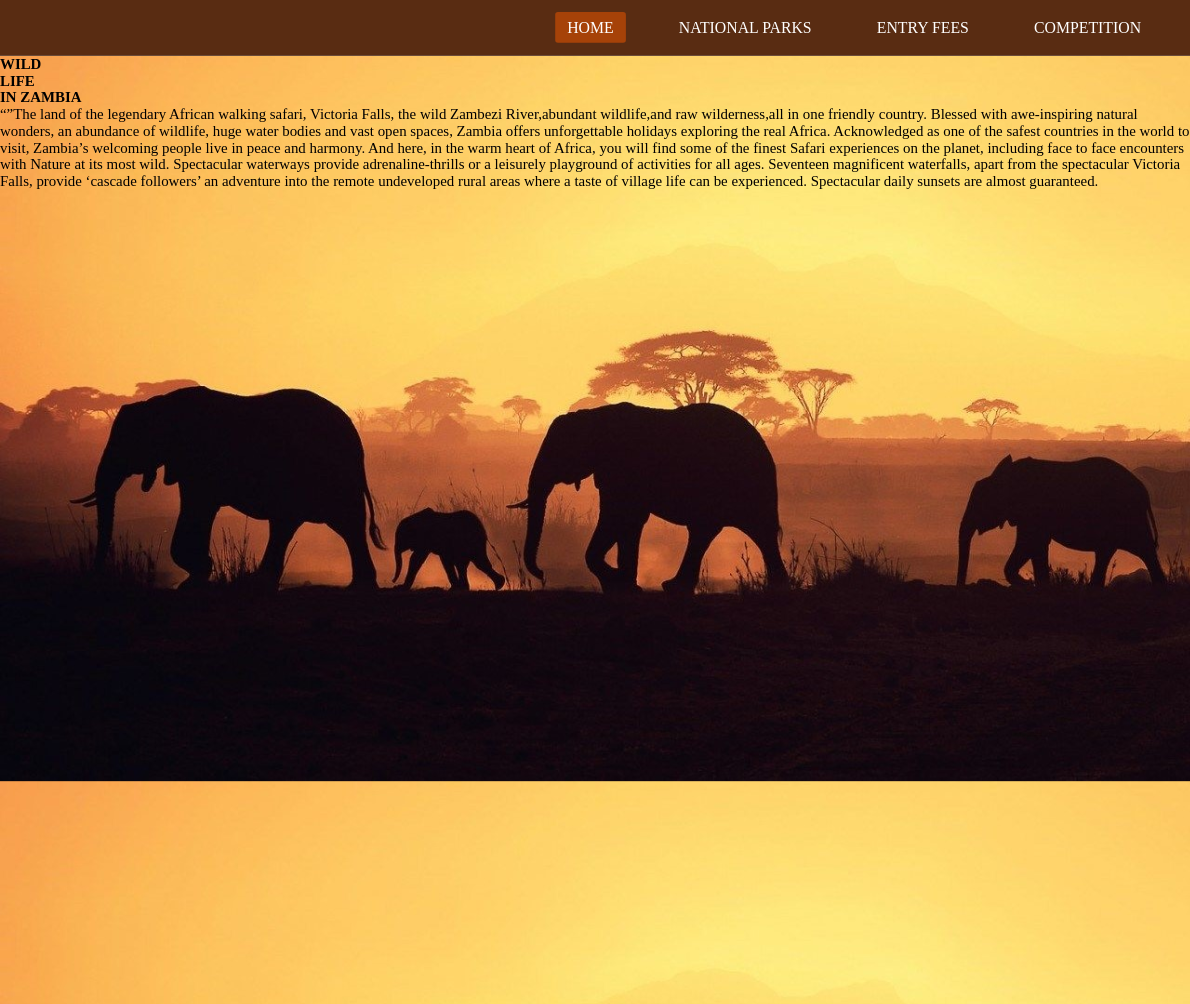
Repository: Lungdjos/web_assignment_3rd_yr
Page: home/index.html
An editor plug-in stored every save of this project. The page is shown before and after the next save, followed by the edit.
The browser window is 1280 px wide. The pictures show the whole page, at 93% of full size.
Some web libraries are served in a nearby version.

Above is the page before, as saved 2021-06-18 15:09:30.

### home/index.html
<!DOCTYPE html>
<html lang="en">

<head>
    <meta charset="UTF-8">
    <meta http-equiv="X-UA-Compatible" content="IE=edge">
    <meta name="viewport" content="width=device-width, initial-scale=1.0">
    <link rel="stylesheet" href="index.css">


    <title>Home</title>
    <script src="https://kit.fontawesome.com/a076d05399.js"></script>
</head>

<body>
    <nav>
        <input type="checkbox" id="check">
        <label for="check" class="checkbtn">
            <i class="fas fa-bars"></i>
        </label>
        <label class="logo">  </label>

        <ul>
            <li><a class="active" href="#">Home</a></li>
            <li><a class="dropdown" href="#">National Parks</a>
                <ul class="drop">
                    <li>
                        <a href="/national parks/lower_zambezi/Lower_Zambezi.html">Lower Zambezi</a>
                    </li>
                    <li>
                        <a href="/national parks/mosi-oa-tunia/Mosi-oa-Tunya.html">Mosi oa Tunia</a>
                    </li>
                    <li>
                        <a href="/national parks/south_luangwa/South_Luangwa.html">South Luangwa</a>
                    </li>
                    <li>
                        <a href="/national parks/north_luangwa/North_Luangwa.html">North Luangwa</a>
                    </li>
                </ul>
            </li>
            <li><a href="/entry fee/entry_fee.html">Entry Fees</a></li>
            <li><a href="/competition/competition.html">Competition</a></li>

        </ul>
    </nav>
    <div>
        <section>
            <div>
                <p class="welcome">
                    <strong id="01">WILD</strong><br>
                    <strong id="02">LIFE</strong><br>
                    <strong id="03">IN ZAMBIA</strong>
                </p>
            </div>
            <div>
                <p>
                    <q></q>The land of the legendary African walking safari, Victoria Falls, the wild Zambezi River,abundant wildlife,and raw wilderness,all in one friendly country. Blessed with awe-inspiring natural wonders, an abundance of wildlife,
                    huge water bodies and vast open spaces, Zambia offers unforgettable holidays exploring the real Africa. Acknowledged as one of the safest countries in the world to visit, Zambia’s welcoming people live in peace and harmony. And here,
                    in the warm heart of Africa, you will find some of the finest Safari experiences on the planet, including face to face encounters with Nature at its most wild. Spectacular waterways provide adrenaline-thrills or a leisurely playground
                    of activities for all ages. Seventeen magnificent waterfalls, apart from the spectacular Victoria Falls, provide ‘cascade followers’ an adventure into the remote undeveloped rural areas where a taste of village life can be experienced.
                    Spectacular daily sunsets are almost guaranteed.</p>
            </div>

        </section>
    </div>


</body>

</html>

### home/index.css
    * {
        padding: 0;
        margin: 0;
        text-decoration: none;
        box-sizing: border-box;
    }

    body {
        font-family: montserrat;
    }

    nav {
        background: #592C12;
        height: 60px;
        width: 100%;
    }

    label.logo {
        color: white;
        font-size: 35;
        line-height: 60px;
        padding: 0 100px;
        font-weight: bold;
    }

    nav ul {
        float: right;
        margin-right: 20px;
    }

    nav ul li {
        display: inline-block;
        line-height: 60px;
        margin: 0 20px;
    }

    nav ul li a {
        color: white;
        font-size: 17px;
        padding: 7px 13px;
        border-radius: 3px;
        text-transform: uppercase;
    }

    a.active,
    a:hover {
        background: #A64208;
        transition: 0.5s;
    }

    .checkbtn {
        font-size: 30px;
        color: white;
        float: right;
        line-height: 60px;
        margin-right: 40px;
        cursor: pointer;
        display: none;
    }

    #check {
        display: none;
    }

    @media (max-width: 1080px) {
        label.logo {
            font-size: 30px;
            padding-left: 50px;
        }
        nav ul li a {
            font-size: 16px;
        }
    }

    @media (max-width: 1080px) {
        .checkbtn {
            display: block;
        }
        ul {
            position: fixed;
            width: 100%;
            height: 100vh;
            background: #592C12;
            top: 80px;
            left: -100%;
            text-align: center;
            transition: all 0.5s;
        }
        nav ul li {
            display: block;
            margin: 50px 0;
            line-height: 20px;
        }
        nav ul li a {
            font-size: 20px;
            font-family: Arial, Helvetica, sans-serif;
        }
        a:hover,
        a.active {
            background: none;
            color: #F2D1B3;
        }
        #check:checked~ul {
            left: 0;
        }
    }

    section {
        background: url(/assets/images/elephants.jpg);
        background-size: no repeat;
        height: calc(150vh - 60px);
    }
    /**New Content Added*/

    nav ul li ul a {
        display: block;
        padding: 0 15px;
        color: white;
        text-decoration: none;
    }

    nav ul li:hover>ul {
        display: block;
    }

    nav ul ul {
        position: absolute;
        top: 30px;
        list-style-type: none;
        line-height: 60px;
    }

    nav ul ul li {
        display: none;
    }

    nav ul ul a {
        width: 100%;
        float: none;
        display: list-item;
        position: relative;
    }

    nav ul ul li a {
        display: list-item;
        list-style-type: none;
        position: inherit;
    }
    /**Wild Life Formatting*/

    strong#01 {
        font-size: 100px;
        font-family: Arial, Helvetica, sans-serif;
    }

    strong#02 {
        margin-left: 100px;
    }

After the next save:
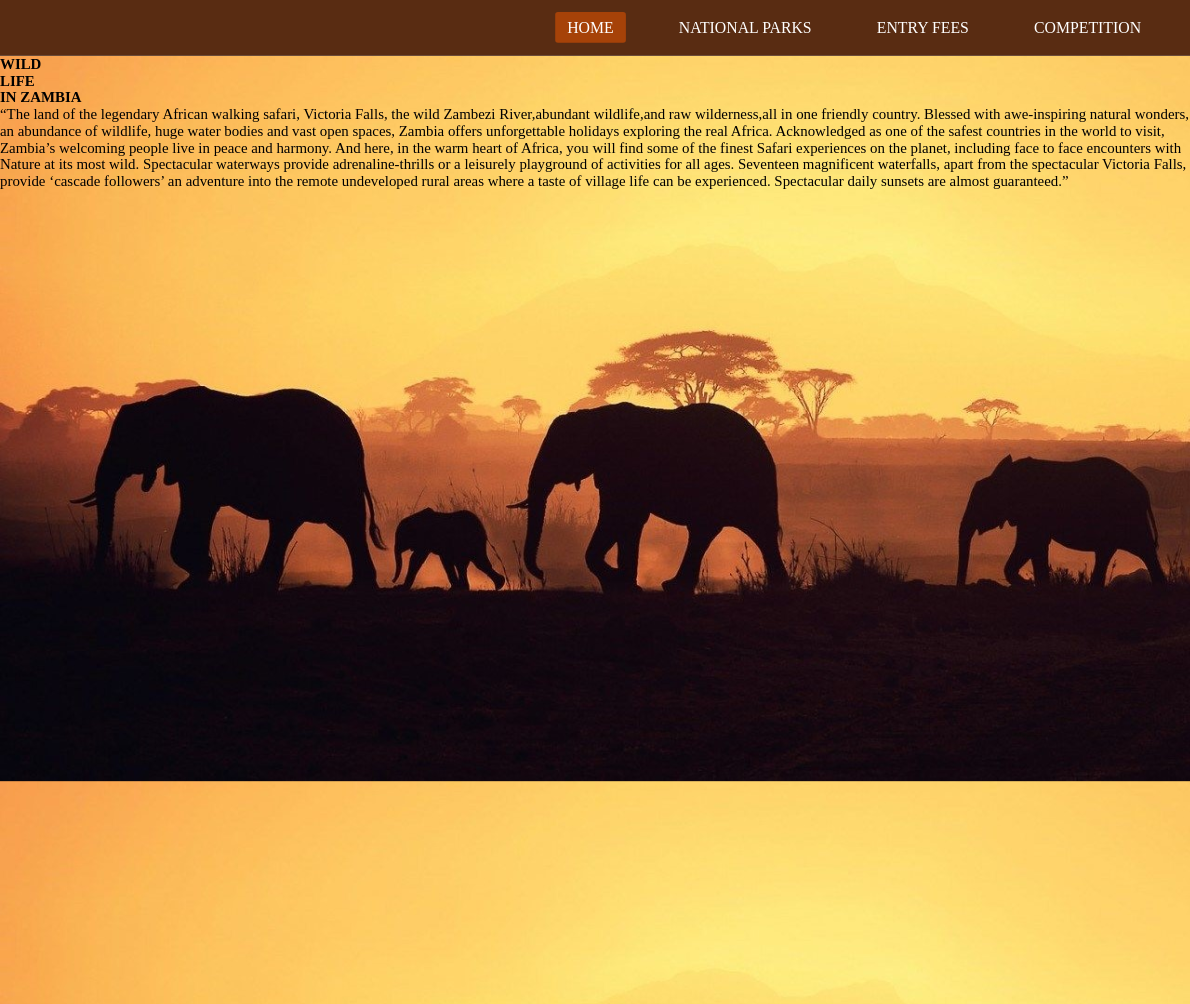
Saved 7 s later.
--- a/home/index.html
+++ b/home/index.html
@@ -54,11 +54,11 @@
             </div>
             <div>
                 <p>
-                    <q></q>The land of the legendary African walking safari, Victoria Falls, the wild Zambezi River,abundant wildlife,and raw wilderness,all in one friendly country. Blessed with awe-inspiring natural wonders, an abundance of wildlife,
+                    <q>The land of the legendary African walking safari, Victoria Falls, the wild Zambezi River,abundant wildlife,and raw wilderness,all in one friendly country. Blessed with awe-inspiring natural wonders, an abundance of wildlife,
                     huge water bodies and vast open spaces, Zambia offers unforgettable holidays exploring the real Africa. Acknowledged as one of the safest countries in the world to visit, Zambia’s welcoming people live in peace and harmony. And here,
                     in the warm heart of Africa, you will find some of the finest Safari experiences on the planet, including face to face encounters with Nature at its most wild. Spectacular waterways provide adrenaline-thrills or a leisurely playground
                     of activities for all ages. Seventeen magnificent waterfalls, apart from the spectacular Victoria Falls, provide ‘cascade followers’ an adventure into the remote undeveloped rural areas where a taste of village life can be experienced.
-                    Spectacular daily sunsets are almost guaranteed.</p>
+                    Spectacular daily sunsets are almost guaranteed.</q></p>
             </div>
 
         </section>
